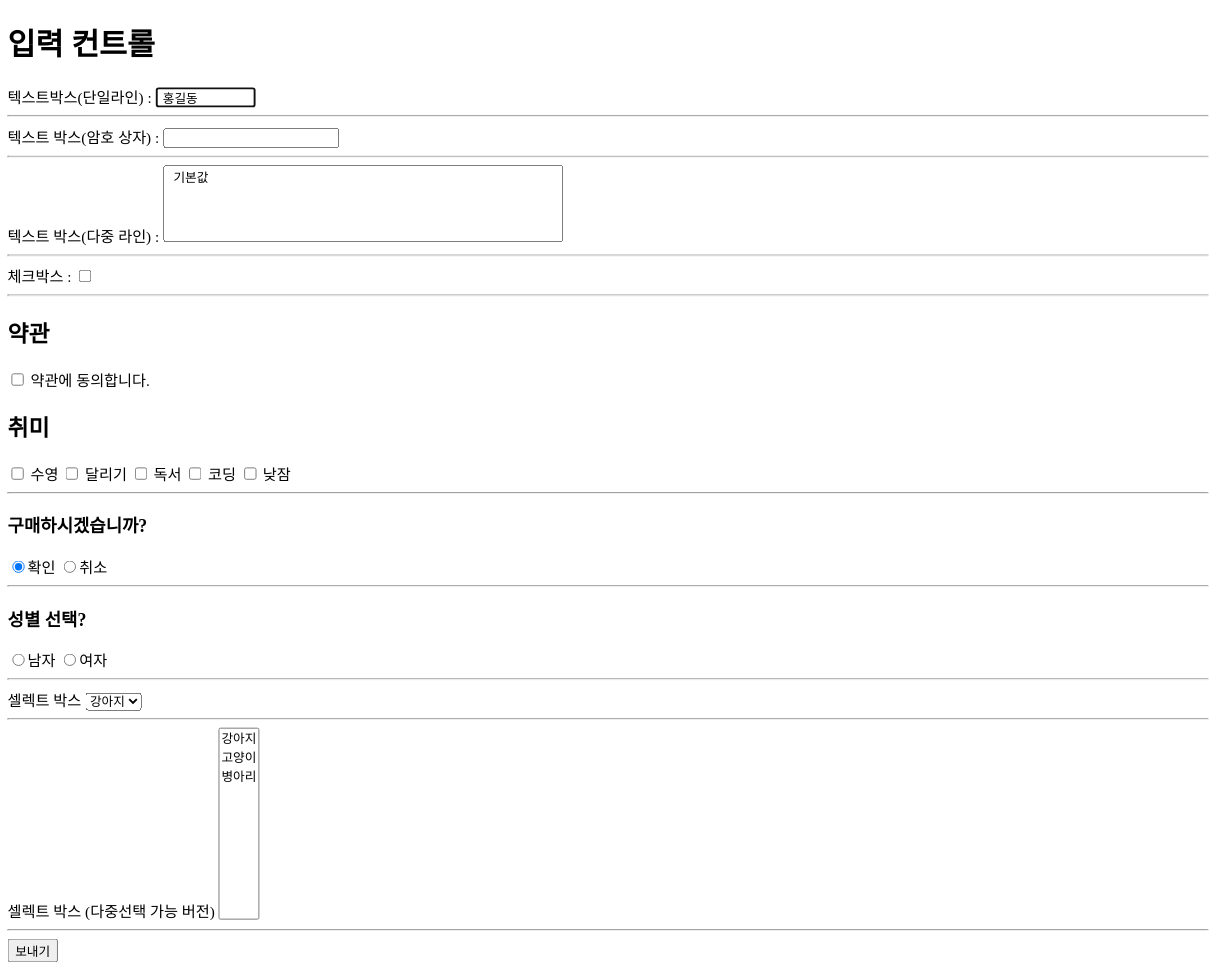
Repository: Hswwwww/WEB
Page: ClientTest/src/main/webapp/html/ex19_form.html
The author's editor kept a copy of each file at every save. The page is drawn from the files as they stood at one save, then again after the next save.
The browser window is 1280 px wide. The pictures show the whole page, at 95% of full size.

Above is the page before, as saved 2024-03-14 01:47:53.

After the next save:
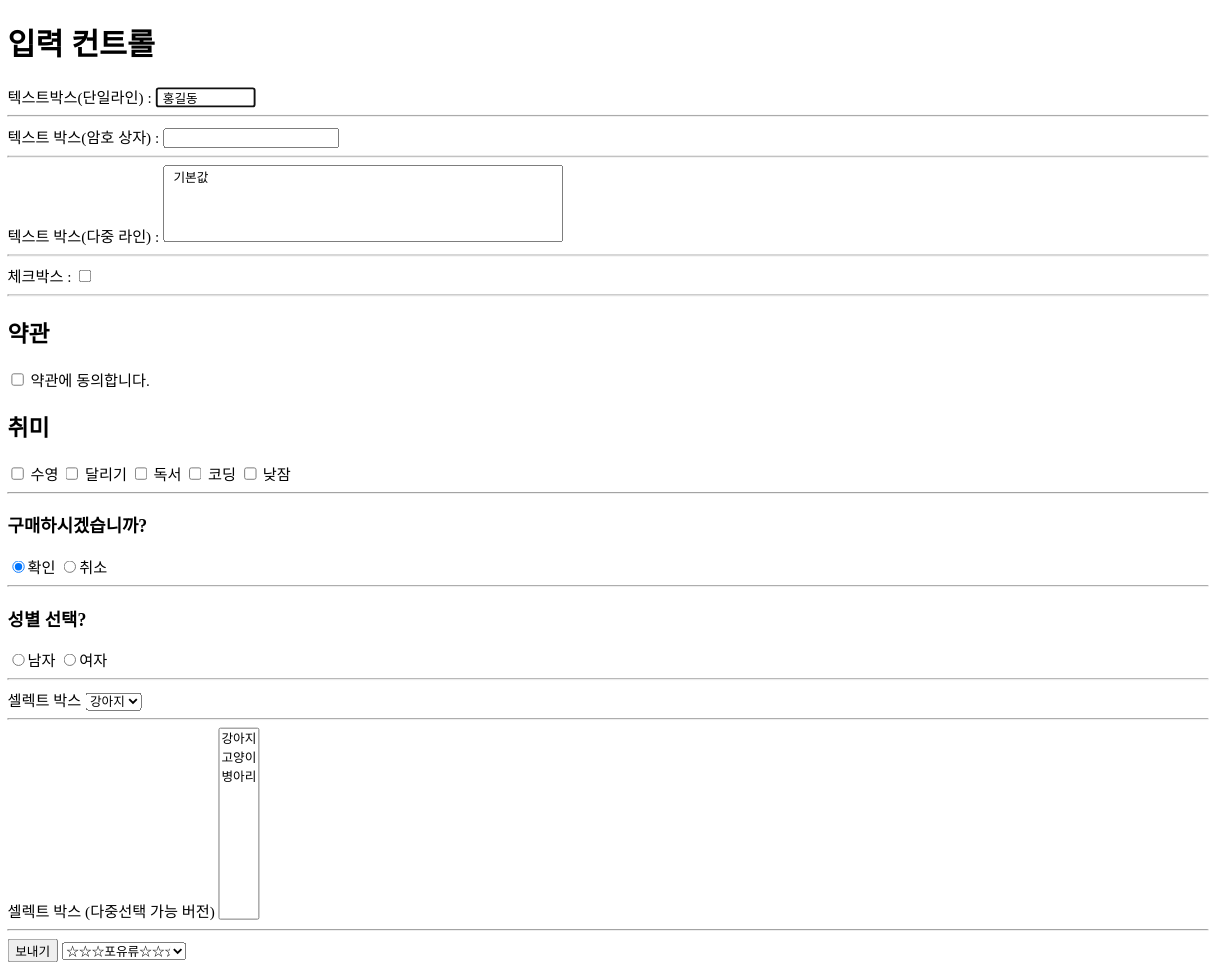
Saved 2 min 59 s later.
--- a/ClientTest/src/main/webapp/html/ex19_form.html
+++ b/ClientTest/src/main/webapp/html/ex19_form.html
@@ -152,6 +152,24 @@
 		<hr>
 		<input type = "submit" value = "보내기">
 
+
+		<select>
+			<option>☆☆☆포유류☆☆☆</option>
+			<option>강아지</option>
+			<option>고양이</option>
+			<option>돼지</option>
+
+			<option>☆☆☆파충류☆☆☆</option>
+			<option>뱀</option>
+			<option>거북이</option>
+			<option>이구아나</option>
+
+			<option>☆☆☆곤충☆☆☆</option>
+			<option>매미</option>
+			<option>메뚜기</option>
+			<option>귀뚜라미</option>
+		</select>
+
 	</form>
 
 </body>
